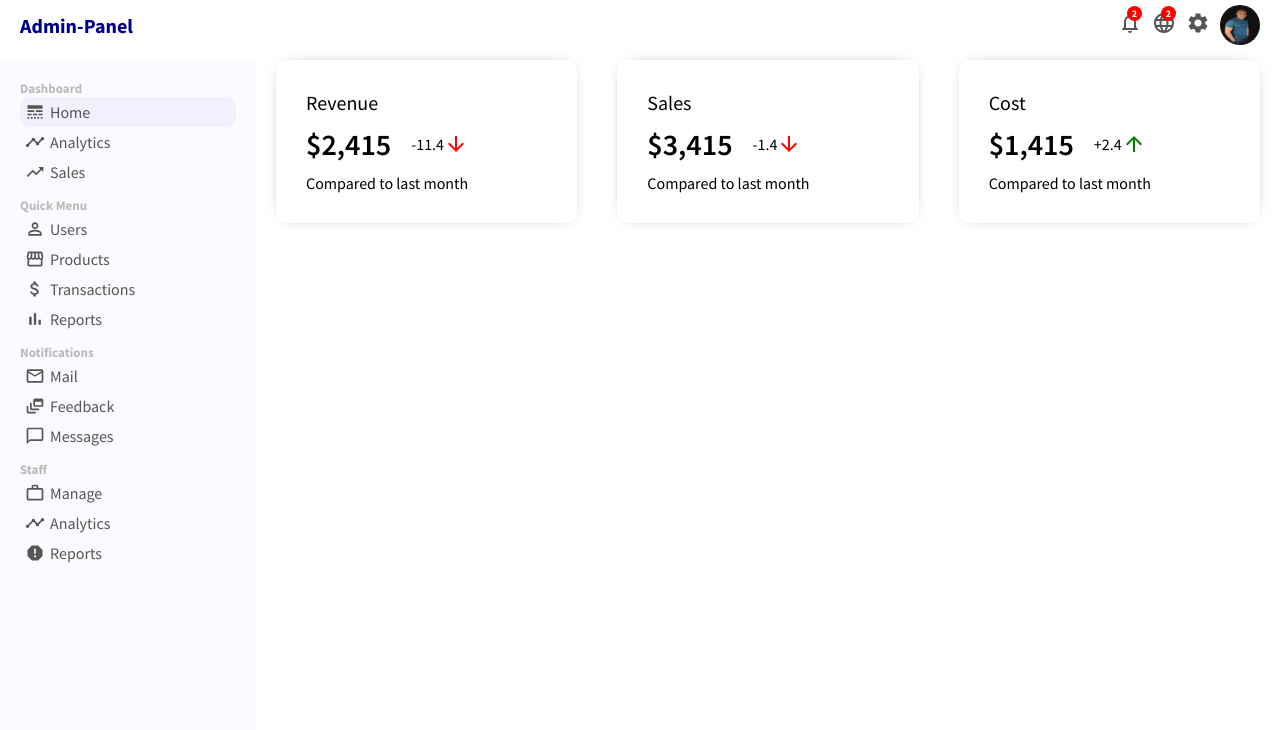
Repository: Samkiroko/admin-panel-ui
Page: /products
An editor plug-in stored every save of this project. The page is shown before and after the next save, followed by the edit.
The browser window is 1280 px wide. The pictures show the whole page.
The project was rebuilt for these pictures with package versions that can differ from the ones it lists, and the page was loaded fresh each time.

Above is the page before, as saved 2021-09-22 19:16:39.

After the next save:
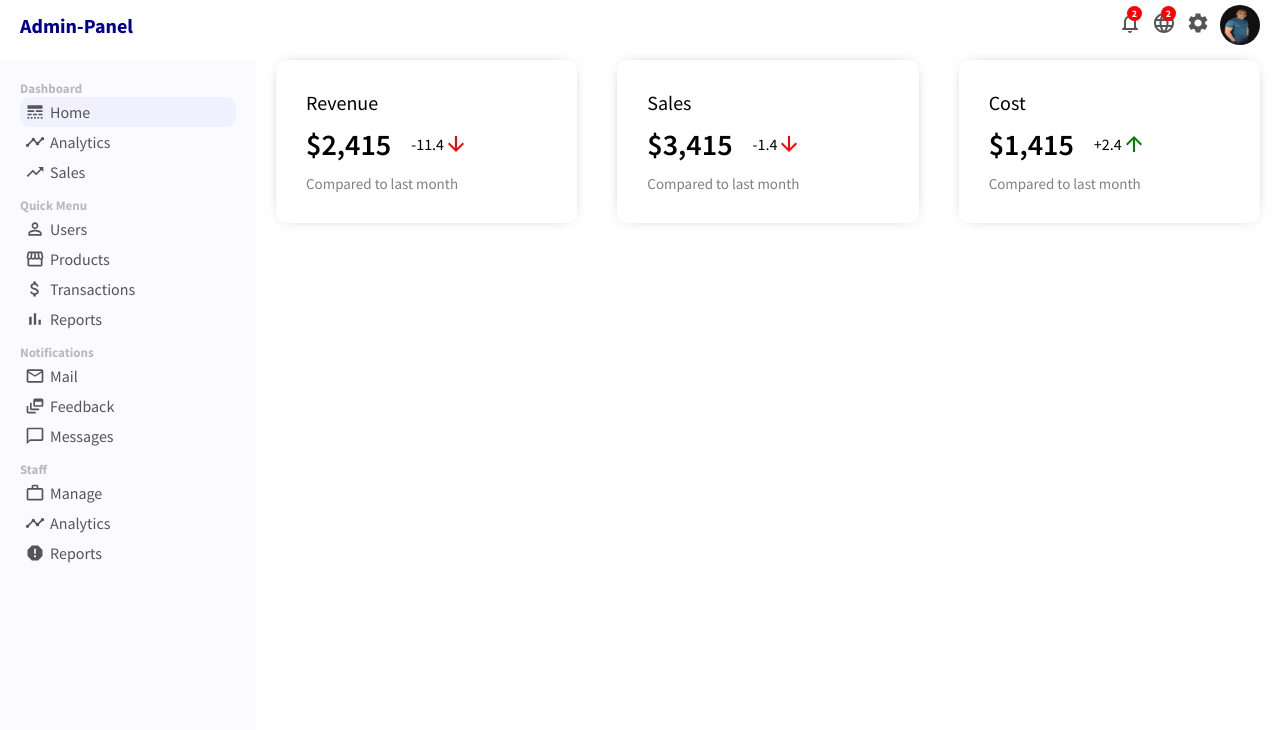
Saved 8 min 12 s later.
--- a/src/components/featuredInfo/featureInfo.css
+++ b/src/components/featuredInfo/featureInfo.css
@@ -44,3 +44,8 @@
 .featuredIcon.negative {
     color: red;
 }
+
+.featuredSub {
+    font-size: 15px;
+    color: gray;
+}
